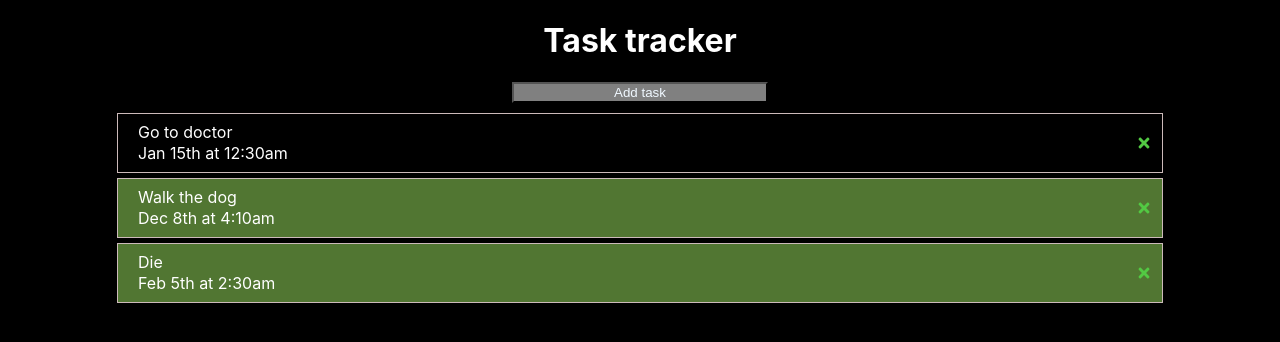
Repository: roscaImarius/task-tracker-react
Page: /
The author's editor kept a copy of each file at every save. The page is drawn from the files as they stood at one save, then again after the next save.
The browser window is 1280 px wide. The pictures show the whole page.
The project was rebuilt for these pictures with package versions that can differ from the ones it lists, and the page was loaded fresh each time. Also part of the build but not shown: src/components/AddTask.js.

Above is the page before, as saved 2021-03-31 13:00:04.

### src/App.js
import "./App.css";
import Header from "./components/Header";
import React, { useState } from "react";

function App() {
  const [showAdd, setShowAdd] = useState(false);
  const [tasks, setTasks] = useState([
    {
      id: 1,
      text: "Go to doctor",
      day: "Jan 15th at 12:30am",
      reminder: false,
    },
    {
      id: 2,
      text: "Walk the dog",
      day: "Dec 8th at 4:10am",
      reminder: true,
    },
    {
      id: 3,
      text: "Die",
      day: "Feb 5th at 2:30am",
      reminder: true,
    },
  ]);

  // show add form
  const onClickAdd = () => {
    setShowAdd(!showAdd);
  };

  // save task
  const onSaveTask = (task) => {
    let randId = new Date().getTime();
    const newTask = { id: randId, ...task };
    console.log(newTask);
    setTasks([...tasks, newTask]);
    setShowAdd(false);
  };

  //delete task
  const onDelete = (id) => {
    setTasks(tasks.filter((t) => t.id !== id));
  };
  // Mark task
  const onDubleClick = (id) => {
    setTasks(
      tasks.map((task) =>
        task.id === id ? { ...task, reminder: !task.reminder } : task
      )
    );
  };
  return (
    <div className="App">
      <Header
        showAdd={showAdd}
        setShowAdd={setShowAdd}
        title={"Task tracker"}
        onDelete={onDelete}
        onSaveTask={onSaveTask}
        onClickAdd={onClickAdd}
        onDubleClick={onDubleClick}
        tasks={tasks}
      />
      {tasks.length === 0 ? <p>No tasks to show</p> : null}
    </div>
  );
}

export default App;

### src/App.css
.App {
  text-align: center;
}
body {
  background-color: black;
  color: white;
}

/* HEADER */
.header-container {
  display: flex;
  flex-direction: column;
}
.add-btn {
  background-color: black;
  color: aliceblue;
  margin: auto;
  width: 20%;
}
.task {
  display: flex;
  justify-content: space-between;
  padding-left: 20px;
  margin: auto;
  line-height: 5px;
  margin-bottom: 5px;
  border: 1px solid rgb(204, 186, 186);
  width: 80%;
  text-align: start;
}
.x {
  margin-right: 10px;
  color: rgb(82, 201, 67);
  margin: auto 5px;
  cursor: pointer;
  padding: 5px;
}
.marked {
  background-color: rgba(161, 236, 100, 0.5);
}
/* FORM */
.form-field {
  margin: 0 auto;
  display: flex;
  flex-direction: column;
  text-align: start;
  width: 80%;
  box-sizing: border-box;
}
.form-container {
  margin: auto;
  width: 70%;
  display: inline-block;
  padding: 10px;
  border: 1px solid gray;
  margin-bottom: 10px;
}

### src/components/Header.js
import React from "react";
import PropTypes from "prop-types";
import Tasks from "./Tasks";
import Button from "./Button";
import AddTask from "./AddTask";

const Header = ({
  title,
  onClickAdd,
  onDelete,
  onSaveTask,
  onDubleClick,
  tasks,
  showAdd,
  setShowAdd,
}) => {
  return (
    <header className="header-container">
      <h1>{title}</h1>
      <Button
        onClick={onClickAdd}
        showAdd={showAdd}
        setShowAdd={setShowAdd}
        // color="yellow"
      />
      {showAdd && <AddTask onSaveTask={onSaveTask} />}
      <Tasks onDelete={onDelete} onDubleClick={onDubleClick} tasks={tasks} />
    </header>
  );
};

Header.defaultProps = {
  title: "Task tracker",
};

Header.propTypes = {
  title: PropTypes.string.isRequired,
};

export default Header;

### src/components/Tasks.js
import React from "react";
import Task from "./Task";

const Tasks = ({ tasks, onDubleClick, onDelete }) => {
  return (
    <div>
      {tasks.map((t) => (
        <Task
          key={t.id}
          onDubleClick={onDubleClick}
          onDelete={onDelete}
          t={t}
        />
      ))}
    </div>
  );
};

export default Tasks;

### src/components/Button.js
import React from "react";

const Button = ({ color, showAdd, onClick }) => {
  return (
    <button
      onClick={onClick}
      style={{ backgroundColor: color, marginBottom: "10px" }}
      className="add-btn"
    >
      {showAdd ? "Cancel add task " : "Add task"}
    </button>
  );
};
Button.defaultProps = {
  color: "gray",
};

export default Button;

### src/components/Task.js
import React from "react";
import { FaTimes } from "react-icons/fa";

const Task = ({ t, onDubleClick, onDelete }) => {
  return (
    <div
      onDoubleClick={() => onDubleClick(t.id)}
      className={t.reminder ? "marked task" : "task"}
    >
      <div>
        <p>{t.text}</p>
        <p>{t.day}</p>
      </div>
      <FaTimes className="x" onClick={() => onDelete(t.id)} />
    </div>
  );
};

export default Task;

Loaded but not shown: public/index.html (common file); src/index.js (common file); src/index.css (common file); src/reportWebVitals.js (common file)

After the next save:
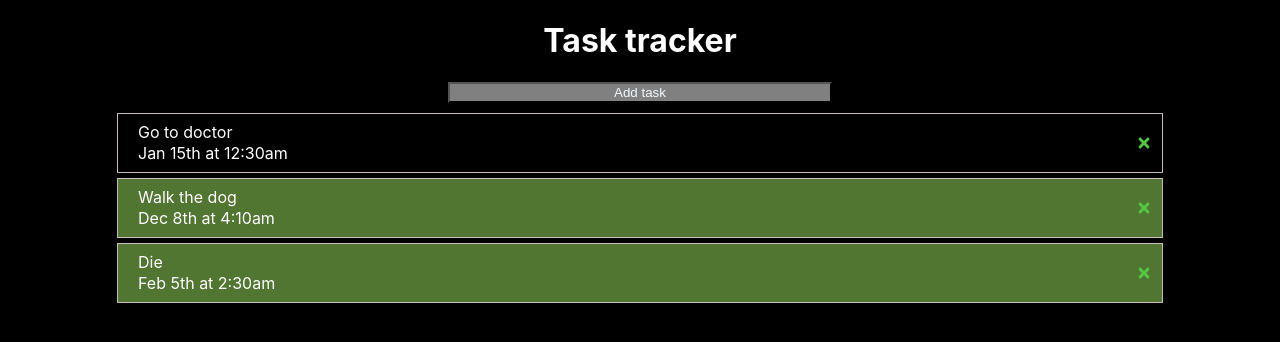
Saved 27 s later.
--- a/src/App.css
+++ b/src/App.css
@@ -15,7 +15,7 @@ body {
   background-color: black;
   color: aliceblue;
   margin: auto;
-  width: 20%;
+  width: 30%;
 }
 .task {
   display: flex;
